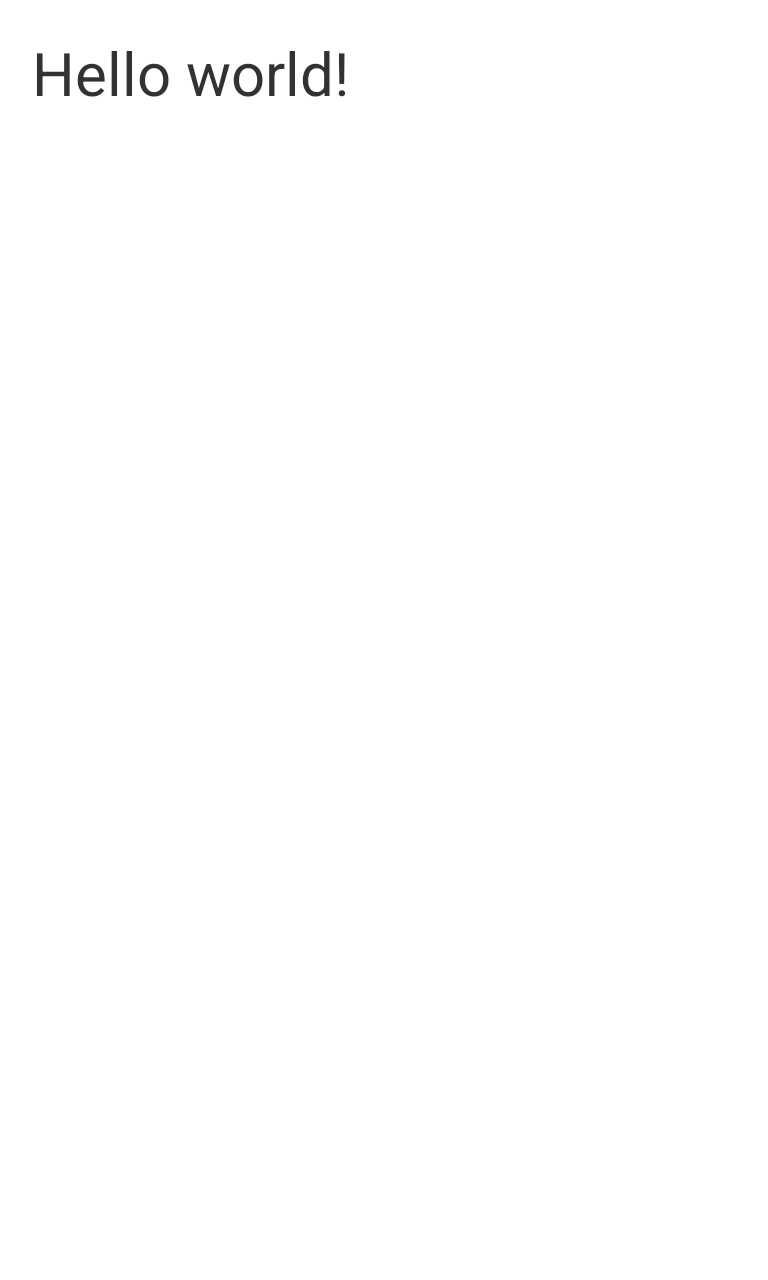
Repository: ShigerD/AndroidSample
Layout: Sample/Sample9_Broadcast_Service/BroadcastReceive/res/layout/activity_main.xml
The author's editor kept a copy of each file at every save. The layout is drawn from the files as they stood at one save, then again after the next save.
It is drawn on a 768 x 1280 px phone screen (xhdpi) without system bars, with theme AppTheme; the app's code is not run.

Above is the layout before, as saved 2016-10-22 07:20:53.

### Sample/Sample9_Broadcast_Service/BroadcastReceive/res/layout/activity_main.xml
<RelativeLayout xmlns:android="http://schemas.android.com/apk/res/android"
    xmlns:tools="http://schemas.android.com/tools"
    android:layout_width="fill_parent"
    android:layout_height="fill_parent"
    android:paddingBottom="@dimen/activity_vertical_margin"
    android:paddingLeft="@dimen/activity_horizontal_margin"
    android:paddingRight="@dimen/activity_horizontal_margin"
    android:paddingTop="@dimen/activity_vertical_margin"
    tools:context="com.example.broadcastreceive.MainActivity" >

    <TextView
        android:layout_width="wrap_content"
        android:layout_height="wrap_content"
        android:textSize="30sp"
        android:gravity="center"
        android:text="@string/hello_world" />

</RelativeLayout>

### Sample/Sample9_Broadcast_Service/BroadcastReceive/res/values/strings.xml
<?xml version="1.0" encoding="utf-8"?>
<resources>

    <string name="app_name">BroadcastReceive</string>
    <string name="hello_world">Hello world!</string>
    <string name="action_settings">Settings</string>
    <string name="myString">系统时间已被更改</string>
	<string name="myButton">确定</string>

</resources>

Loaded but not shown: Sample/Sample9_Broadcast_Service/BroadcastReceive/res/values/styles.xml (common file); Sample/Sample9_Broadcast_Service/BroadcastReceive/res/values-v11/styles.xml (common file); Sample/Sample9_Broadcast_Service/BroadcastReceive/res/values-v14/styles.xml (common file); Sample/Sample9_Broadcast_Service/BroadcastReceive/res/values/dimens.xml (common file); Sample/Sample9_Broadcast_Service/BroadcastReceive/res/values-w820dp/dimens.xml (common file)

After the next save:
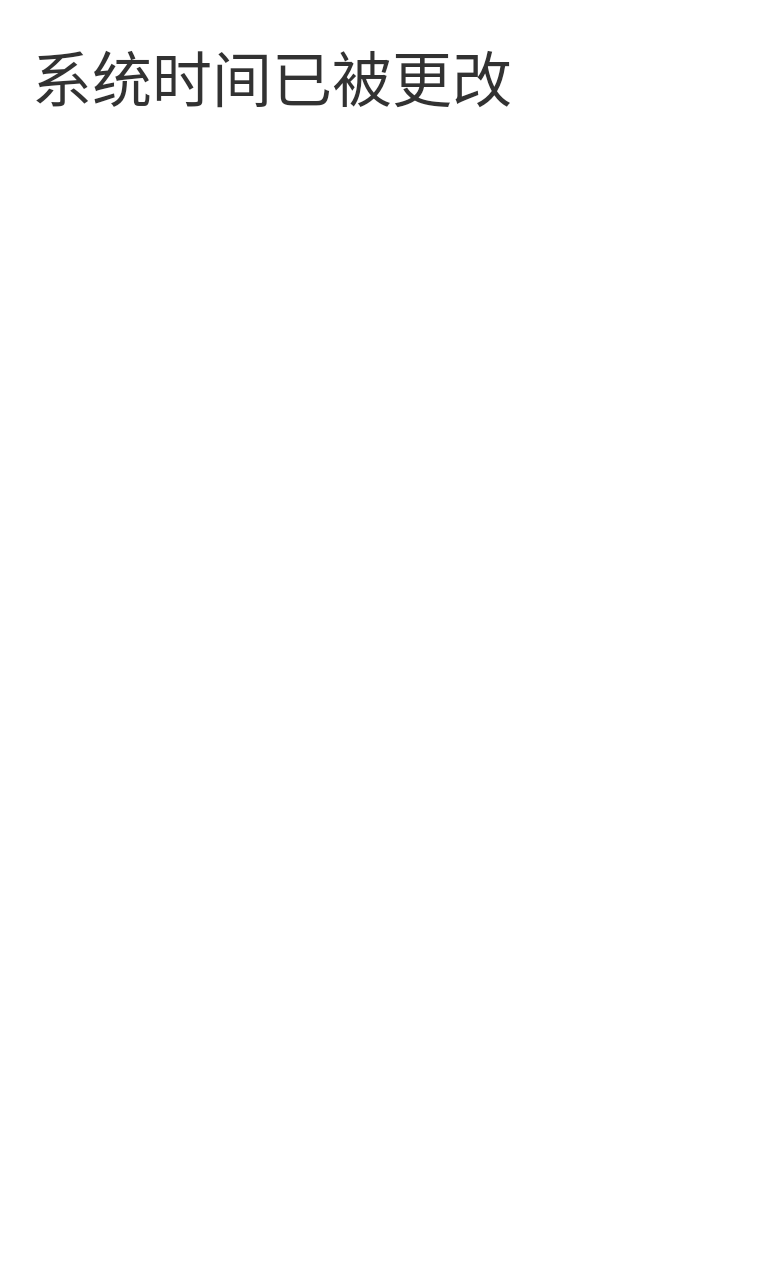
Saved 56 s later.
--- a/Sample/Sample9_Broadcast_Service/BroadcastReceive/res/layout/activity_main.xml
+++ b/Sample/Sample9_Broadcast_Service/BroadcastReceive/res/layout/activity_main.xml
@@ -13,6 +13,6 @@
         android:layout_height="wrap_content"
         android:textSize="30sp"
         android:gravity="center"
-        android:text="@string/hello_world" />
+        android:text="@string/myString" />
 
 </RelativeLayout>
